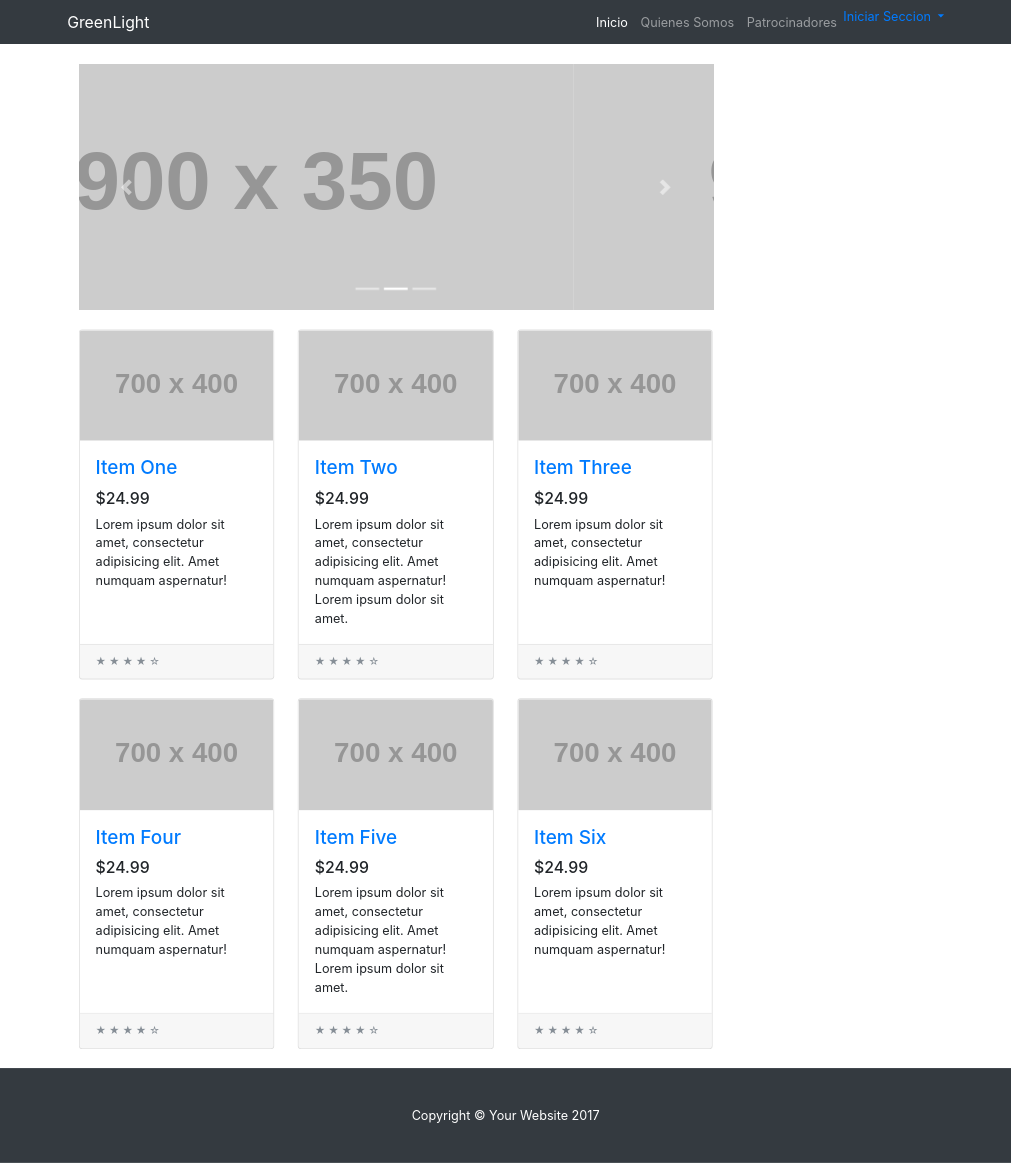
Repository: krojas1997/Test_Project
Page: http://localhost/GREENLIGHT/IniciarSeccion.jsp
An editor plug-in stored every save of this project. The page is shown before and after the next save, followed by the edit.
The browser window is 1280 px wide. The pictures show the whole page, at 79% of full size.
The page is served by Tomcat 9. Other server files are loaded and not shown.

Above is the page before, as saved 2017-10-28 12:45:53.

### Test_GreenLight/GREENLIGHT/WebContent/IniciarSeccion.jsp
<%@ page language="java" contentType="text/html; charset=ISO-8859-1"
    pageEncoding="ISO-8859-1"%>

<%
response.setHeader("Cache-Control","no-cache");
response.setHeader("Cache-Control","no-store");
response.setDateHeader("Expires", 0);

String usuario="";
String  mail="";
int tipo=-1;


HttpSession sesion=request.getSession(true);

if(sesion.getAttribute("usuario")!=null){
	usuario=(String)sesion.getAttribute("usuario");
	mail=(String)sesion.getAttribute("mail");
	tipo=(int)sesion.getAttribute("tipo");
}

%>

<!DOCTYPE html PUBLIC "-//W3C//DTD HTML 4.01 Transitional//EN" "http://www.w3.org/TR/html4/loose.dtd">
<html>
 <head>

    <meta charset="utf-8">
    <meta name="viewport" content="width=device-width, initial-scale=1, shrink-to-fit=no">
    <meta name="description" content="">
    <meta name="author" content="">

    <title>Shop Homepage - Start Bootstrap Template</title>

    <!-- Bootstrap core CSS -->
    <link href="vendor/bootstrap/css/bootstrap.min.css" rel="stylesheet">

    <!-- Custom styles for this template -->
    <link href="css/shop-homepage.css" rel="stylesheet">

  </head>

  <body>

    <!-- Navigation -->
    <nav class="navbar navbar-expand-lg navbar-dark bg-dark fixed-top">
      <div class="container">
        <a class="navbar-brand" href="#">GreenLight</a>
        <button class="navbar-toggler" type="button" data-toggle="collapse" data-target="#navbarResponsive" aria-controls="navbarResponsive" aria-expanded="false" aria-label="Toggle navigation">
          <span class="navbar-toggler-icon"></span>
        </button>
        <div class="collapse navbar-collapse" id="navbarResponsive">
          <ul class="navbar-nav ml-auto">
            <li class="nav-item active">
              <a class="nav-link" href="#">Inicio
                <span class="sr-only">(current)</span>
              </a>
            </li>
            <li class="nav-item">
              <a class="nav-link" href="#">Quienes Somos</a>
            </li>
            <li class="nav-item">
              <a class="nav-link" href="#">Patrocinadores</a>
            </li>
     <%if(sesion.getAttribute("usuario")!=null) { %>
     <li><a><%=usuario %></a></li>
      <li class="active"><a href="ServletLogin?tipo=logOut">Cerrar Seccion</a></li>
     <%}else{ %>
 		<li class="dropdown">
        <a class="dropdown-toggle" data-toggle="dropdown" href="#">Iniciar Seccion
        <span class="caret"></span></a>
        <ul class="dropdown-menu">
          <li><a href="IniciarSeccion.jsp">Paciente</a></li>
          <li><a href="Administrador.jsp">Medico</a></li>
          <li><a href="Administrador.jsp">Administrador</a></li>
           <li class="nav-item">
           <ul class="nav navbar-nav navbar-right">
            </ul>
      </li>


      <%} %>
    </ul>
  </div>
            </li>
          </ul>
        </div>
      </div>
    </nav>

    <!-- Page Content -->
    <div class="container">

      <div class="row">

        <div class="col-lg-3">

      <div align="center">
          </div>

        </div>
        </div>
        <!-- /.col-lg-3 -->

        <div class="col-lg-9">

          <div id="carouselExampleIndicators" class="carousel slide my-4" data-ride="carousel">
            <ol class="carousel-indicators">
              <li data-target="#carouselExampleIndicators" data-slide-to="0" class="active"></li>
              <li data-target="#carouselExampleIndicators" data-slide-to="1"></li>
              <li data-target="#carouselExampleIndicators" data-slide-to="2"></li>
            </ol>
            <div class="carousel-inner" role="listbox">
              <div class="carousel-item active">
                <img class="d-block img-fluid" src="http://placehold.it/900x350" alt="First slide">
              </div>
              <div class="carousel-item">
                <img class="d-block img-fluid" src="http://placehold.it/900x350" alt="Second slide">
              </div>
              <div class="carousel-item">
                <img class="d-block img-fluid" src="http://placehold.it/900x350" alt="Third slide">
              </div>
            </div>
            <a class="carousel-control-prev" href="#carouselExampleIndicators" role="button" data-slide="prev">
              <span class="carousel-control-prev-icon" aria-hidden="true"></span>
              <span class="sr-only">Previous</span>
            </a>
            <a class="carousel-control-next" href="#carouselExampleIndicators" role="button" data-slide="next">
              <span class="carousel-control-next-icon" aria-hidden="true"></span>
              <span class="sr-only">Next</span>
            </a>
          </div>

          <div class="row">

            <div class="col-lg-4 col-md-6 mb-4">
              <div class="card h-100">
                <a href="#"><img class="card-img-top" src="http://placehold.it/700x400" alt=""></a>
                <div class="card-body">
                  <h4 class="card-title">
                    <a href="#">Item One</a>
                  </h4>
                  <h5>$24.99</h5>
                  <p class="card-text">Lorem ipsum dolor sit amet, consectetur adipisicing elit. Amet numquam aspernatur!</p>
                </div>
                <div class="card-footer">
                  <small class="text-muted">&#9733; &#9733; &#9733; &#9733; &#9734;</small>
                </div>
              </div>
            </div>

            <div class="col-lg-4 col-md-6 mb-4">
              <div class="card h-100">
                <a href="#"><img class="card-img-top" src="http://placehold.it/700x400" alt=""></a>
                <div class="card-body">
                  <h4 class="card-title">
                    <a href="#">Item Two</a>
                  </h4>
                  <h5>$24.99</h5>
                  <p class="card-text">Lorem ipsum dolor sit amet, consectetur adipisicing elit. Amet numquam aspernatur! Lorem ipsum dolor sit amet.</p>
                </div>
                <div class="card-footer">
                  <small class="text-muted">&#9733; &#9733; &#9733; &#9733; &#9734;</small>
                </div>
              </div>
            </div>

            <div class="col-lg-4 col-md-6 mb-4">
              <div class="card h-100">
                <a href="#"><img class="card-img-top" src="http://placehold.it/700x400" alt=""></a>
                <div class="card-body">
                  <h4 class="card-title">
                    <a href="#">Item Three</a>
                  </h4>
                  <h5>$24.99</h5>
                  <p class="card-text">Lorem ipsum dolor sit amet, consectetur adipisicing elit. Amet numquam aspernatur!</p>
                </div>
                <div class="card-footer">
                  <small class="text-muted">&#9733; &#9733; &#9733; &#9733; &#9734;</small>
                </div>
              </div>
            </div>

            <div class="col-lg-4 col-md-6 mb-4">
              <div class="card h-100">
                <a href="#"><img class="card-img-top" src="http://placehold.it/700x400" alt=""></a>
                <div class="card-body">
                  <h4 class="card-title">
                    <a href="#">Item Four</a>
                  </h4>
                  <h5>$24.99</h5>
                  <p class="card-text">Lorem ipsum dolor sit amet, consectetur adipisicing elit. Amet numquam aspernatur!</p>
                </div>
                <div class="card-footer">
                  <small class="text-muted">&#9733; &#9733; &#9733; &#9733; &#9734;</small>
                </div>
              </div>
            </div>

            <div class="col-lg-4 col-md-6 mb-4">
              <div class="card h-100">
                <a href="#"><img class="card-img-top" src="http://placehold.it/700x400" alt=""></a>
                <div class="card-body">
                  <h4 class="card-title">
                    <a href="#">Item Five</a>
                  </h4>
                  <h5>$24.99</h5>
                  <p class="card-text">Lorem ipsum dolor sit amet, consectetur adipisicing elit. Amet numquam aspernatur! Lorem ipsum dolor sit amet.</p>
                </div>
                <div class="card-footer">
                  <small class="text-muted">&#9733; &#9733; &#9733; &#9733; &#9734;</small>
                </div>
              </div>
            </div>

            <div class="col-lg-4 col-md-6 mb-4">
              <div class="card h-100">
                <a href="#"><img class="card-img-top" src="http://placehold.it/700x400" alt=""></a>
                <div class="card-body">
                  <h4 class="card-title">
                    <a href="#">Item Six</a>
                  </h4>
                  <h5>$24.99</h5>
                  <p class="card-text">Lorem ipsum dolor sit amet, consectetur adipisicing elit. Amet numquam aspernatur!</p>
                </div>
                <div class="card-footer">
                  <small class="text-muted">&#9733; &#9733; &#9733; &#9733; &#9734;</small>
                </div>
              </div>
            </div>

          </div>
          <!-- /.row -->

        </div>
        <!-- /.col-lg-9 -->

      </div>
      <!-- /.row -->

    </div>
    <!-- /.container -->

    <!-- Footer -->
    <footer class="py-5 bg-dark">
      <div class="container">
        <p class="m-0 text-center text-white">Copyright &copy; Your Website 2017</p>
      </div>
      <!-- /.container -->
    </footer>

    <!-- Bootstrap core JavaScript -->
    <script src="vendor/jquery/jquery.min.js"></script>
    <script src="vendor/bootstrap/js/bootstrap.bundle.min.js"></script>

  </body>

</html>

Loaded but not shown: Test_GreenLight/GREENLIGHT/WebContent/css/shop-homepage.css (common file)

After the next save:
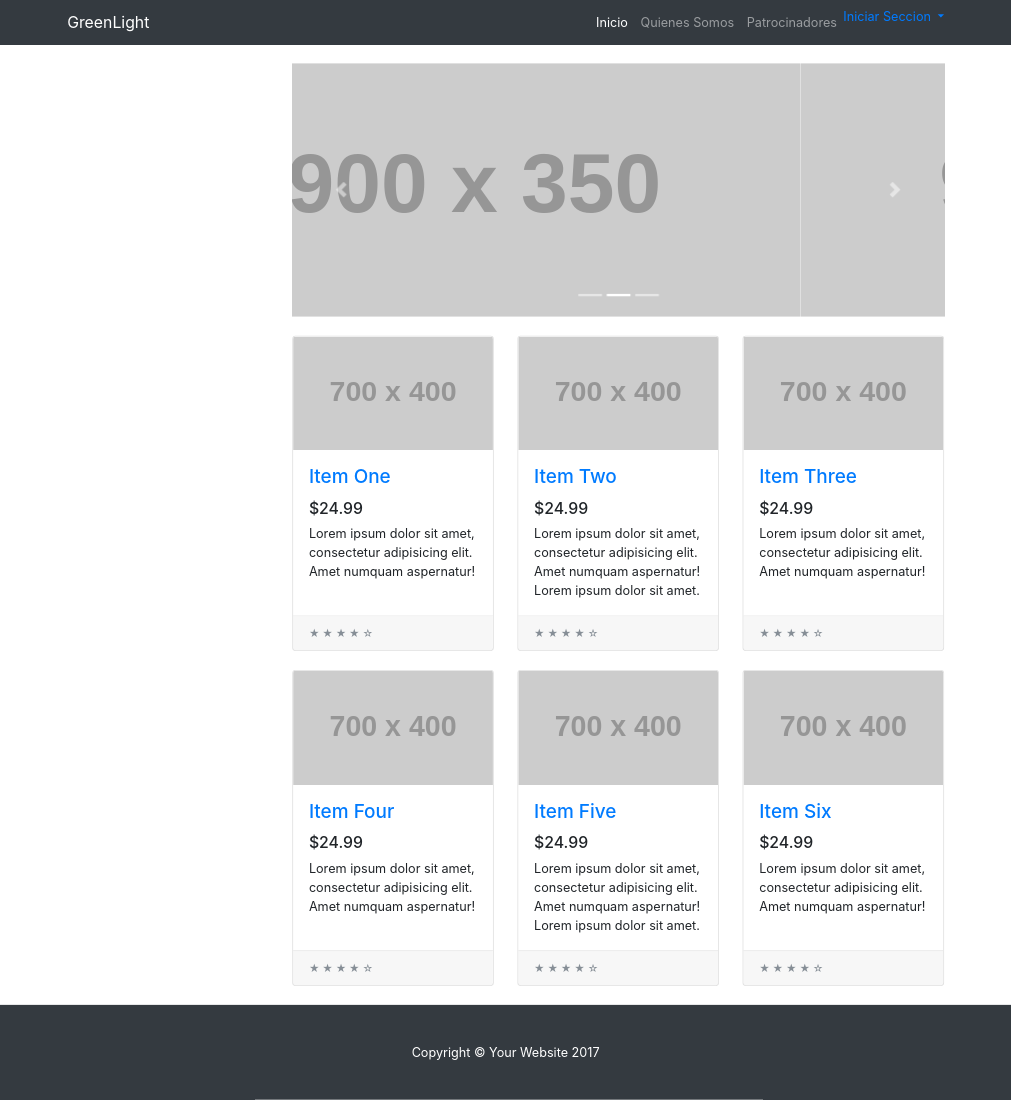
Saved 50 s later.
--- a/Test_GreenLight/GREENLIGHT/WebContent/IniciarSeccion.jsp
+++ b/Test_GreenLight/GREENLIGHT/WebContent/IniciarSeccion.jsp
@@ -95,10 +95,9 @@ if(sesion.getAttribute("usuario")!=null){
 
         <div class="col-lg-3">
 
-      <div align="center">
+      <div align="center"/>
           </div>
 
-        </div>
         </div>
         <!-- /.col-lg-3 -->
 
